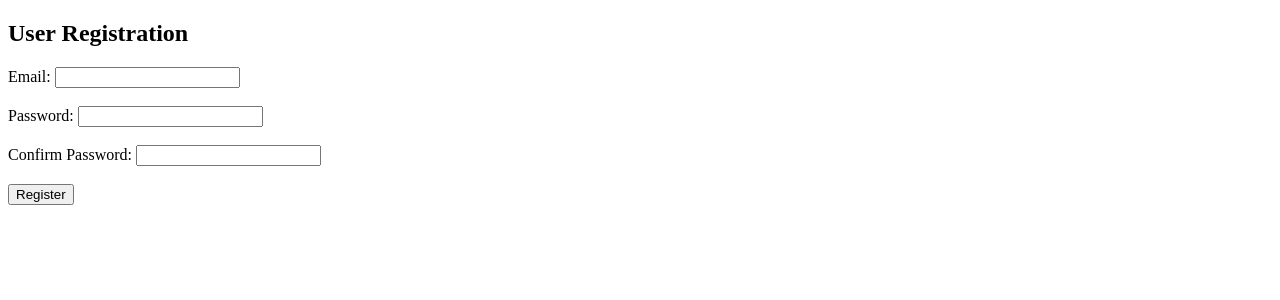
Repository: Srmaraghu/Advanced-Java
Page: Form Handling/src/main/webapp/q1.html
These files come from the project's save history. The page is drawn as it stood at one moment and after a run of saves; the edit follows.
The browser window is 1280 px wide. The pictures show the whole page.

Above is the page before, as saved 2025-01-26 02:04:33.

After the next 2 saves:
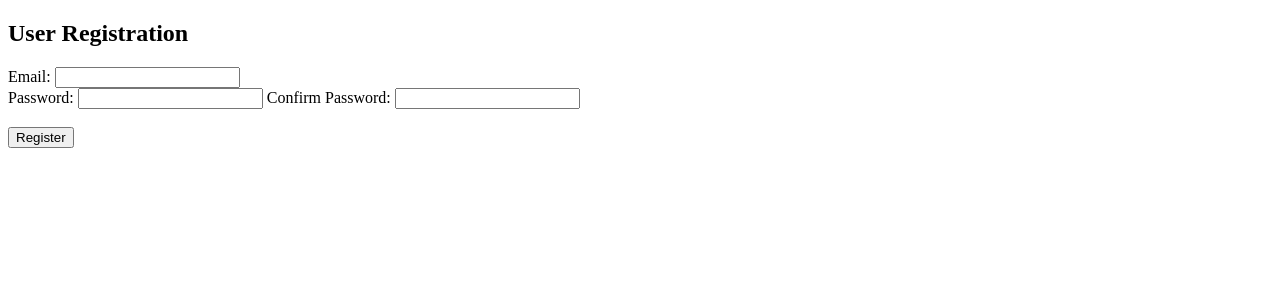
The 2 saves are shown as one change because they came seconds apart.
The last was saved 11 s later.
--- a/Form Handling/src/main/webapp/q1.html
+++ b/Form Handling/src/main/webapp/q1.html
@@ -9,10 +9,10 @@
   <h2>User Registration</h2>
   <form action="register" method="POST">
     Email:
-    <input type="email" name="email" required><br><br>
+    <input type="email" name="email" required><br>
 
     Password:
-    <input type="password" name="password" required><br><br>
+    <input type="password" name="password" required>
 
     Confirm Password:
     <input type="password" name="confirmPassword" required><br><br>
